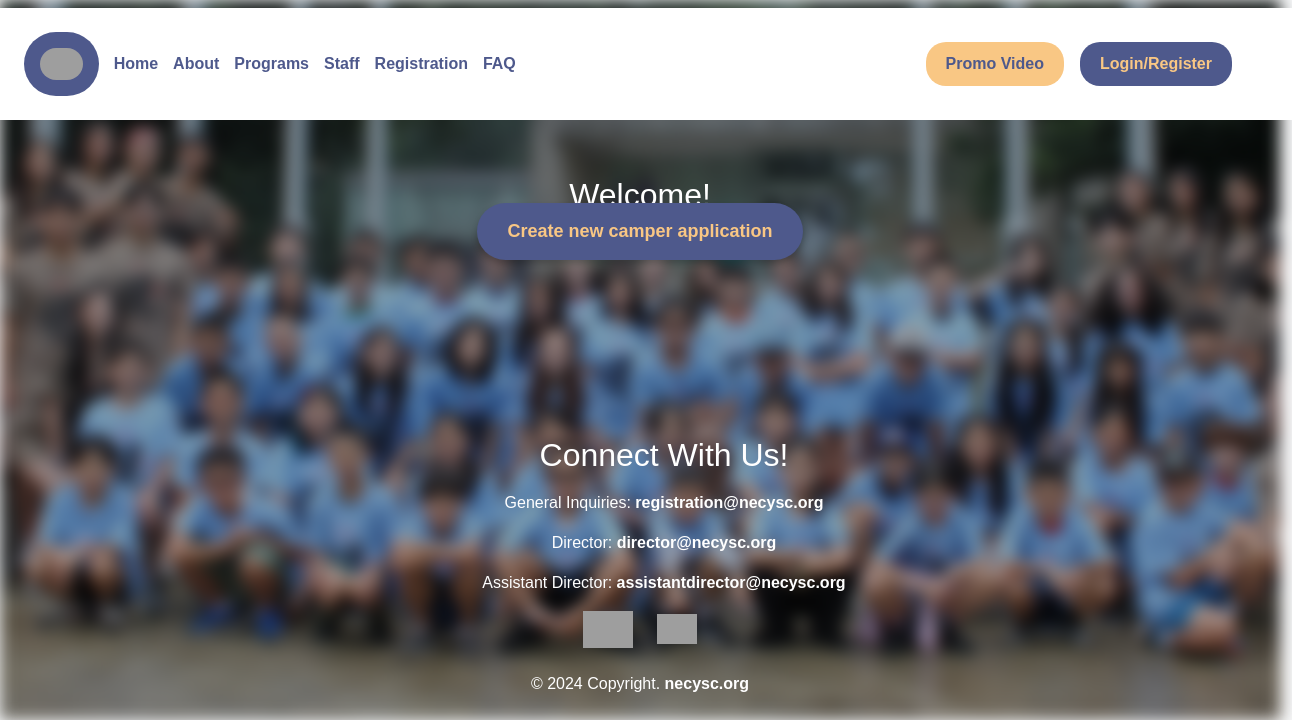
Repository: fullstackatbrown/project-necysc
Page: necysc_app/templates/necysc_app/applicant/index.html
These files come from the project's save history. The page is drawn as it stood at one moment and after the next save; the edit follows.
The browser window is 1280 px wide. The page is 1292 px wide, so the pictures cover 1292 px, including what lies to the right of the window. The pictures show the whole page.
Pictures or frames that could not be fetched are drawn as grey boxes. Some web fonts or font styles are not loaded; a fallback is used. The template is drawn by Django 5.2. The application's start-up code is not run. The template is opened directly, without the code that normally fills it, so the values that code supplies are empty.

Above is the page before, as saved 2024-12-04 02:01:06.

After the next save:
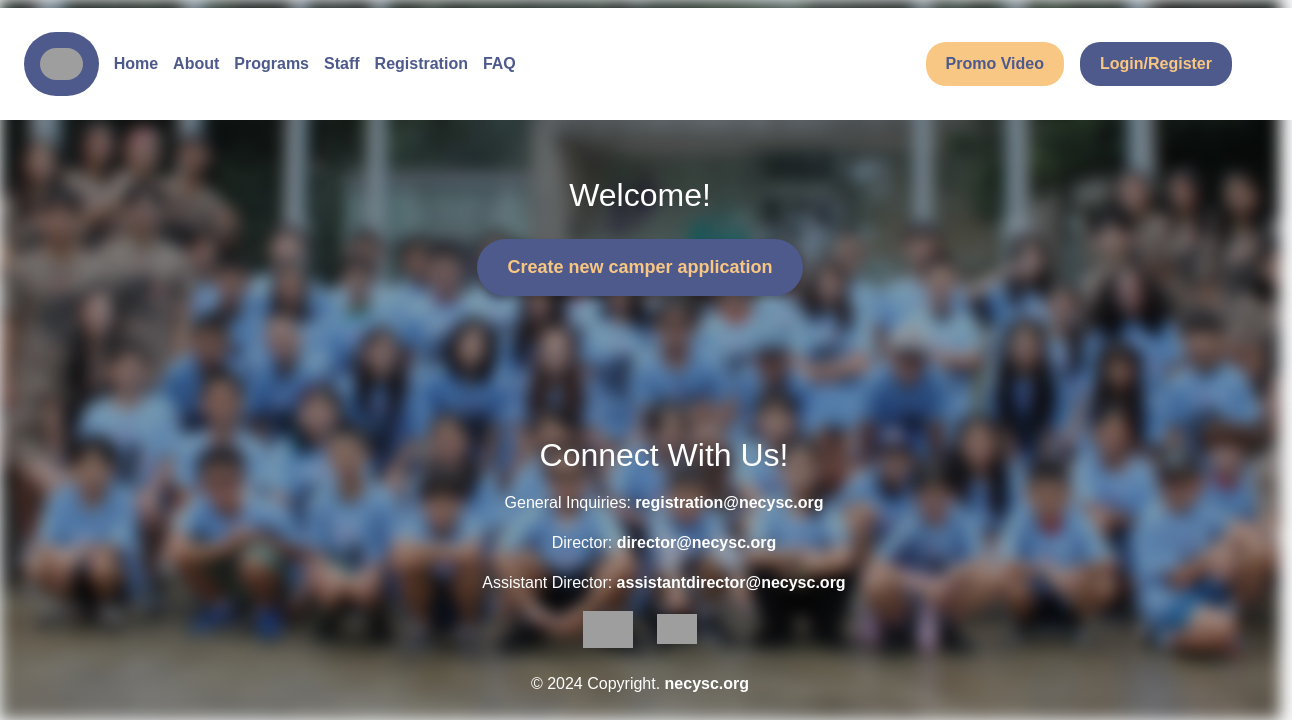
Saved 13 s later.
--- a/necysc_app/templates/necysc_app/applicant/index.html
+++ b/necysc_app/templates/necysc_app/applicant/index.html
@@ -98,6 +98,7 @@
         justify-content: center;
         align-items: flex-start; /* 对齐到顶部 */
         height: 22vh; /* 占页面高度的三分之一 */
+        margin-top: 5vh; /* 页面顶部留空 */
 
     }
     .content-container {
